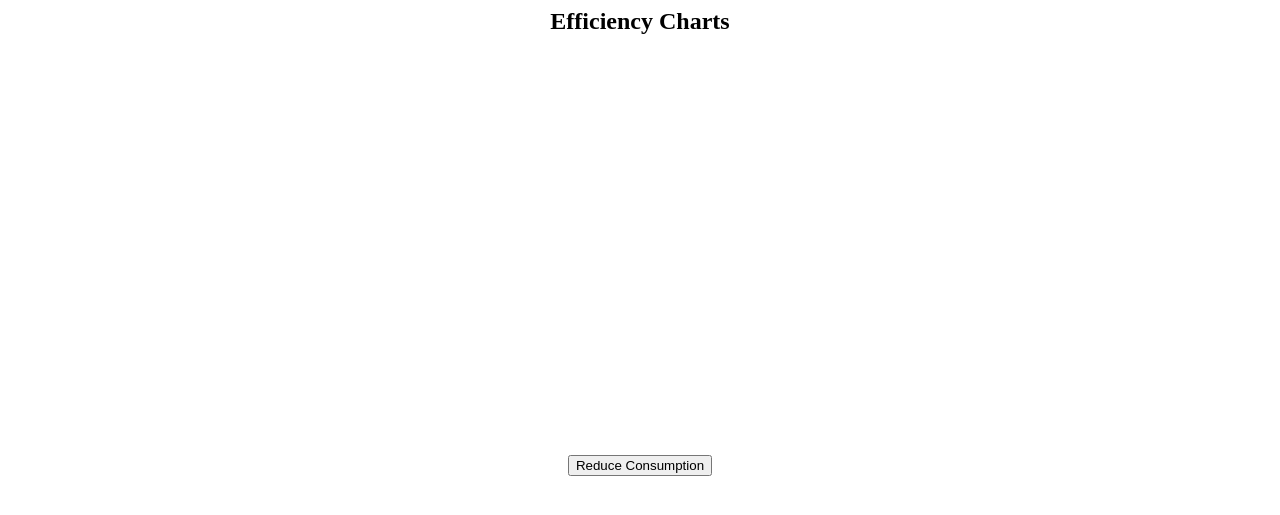
Repository: sau123/IoT-Distributive-System
Page: server/com.assignment2.server/WebContent/_views/efficiency.html
These files come from the project's save history. The page is drawn as it stood at one moment and after the next save; the edit follows.
The browser window is 1280 px wide. The pictures show the whole page.

Above is the page before, as saved 2015-08-03 18:52:54.

### server/com.assignment2.server/WebContent/_views/efficiency.html


<div data-ng-controller="EfficiencyController" data-ng-init="pageLoad()" style = "text-align:center">
<h2 class = "black1">Efficiency Charts </h2>



<div id="container" style="min-width: 310px; height: 400px; margin: 0 auto;"></div>
<form data-ng-submit="callEnergyConsumption()">
<button type = "submit" style = "color:black" >Reduce Consumption</button>
</form>
</div>

After the next save:
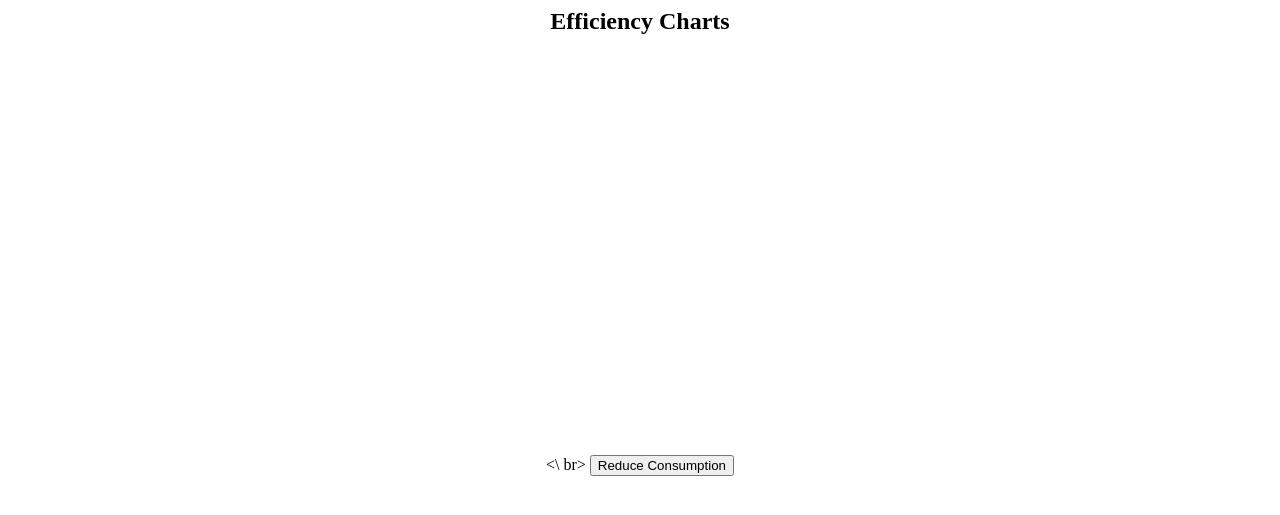
Saved 20 s later.
--- a/server/com.assignment2.server/WebContent/_views/efficiency.html
+++ b/server/com.assignment2.server/WebContent/_views/efficiency.html
@@ -6,7 +6,7 @@
 
 
 <div id="container" style="min-width: 310px; height: 400px; margin: 0 auto;"></div>
-<form data-ng-submit="callEnergyConsumption()">
+<form data-ng-submit="callEnergyConsumption()"><\ br>
 <button type = "submit" style = "color:black" >Reduce Consumption</button>
 </form>
 </div>
